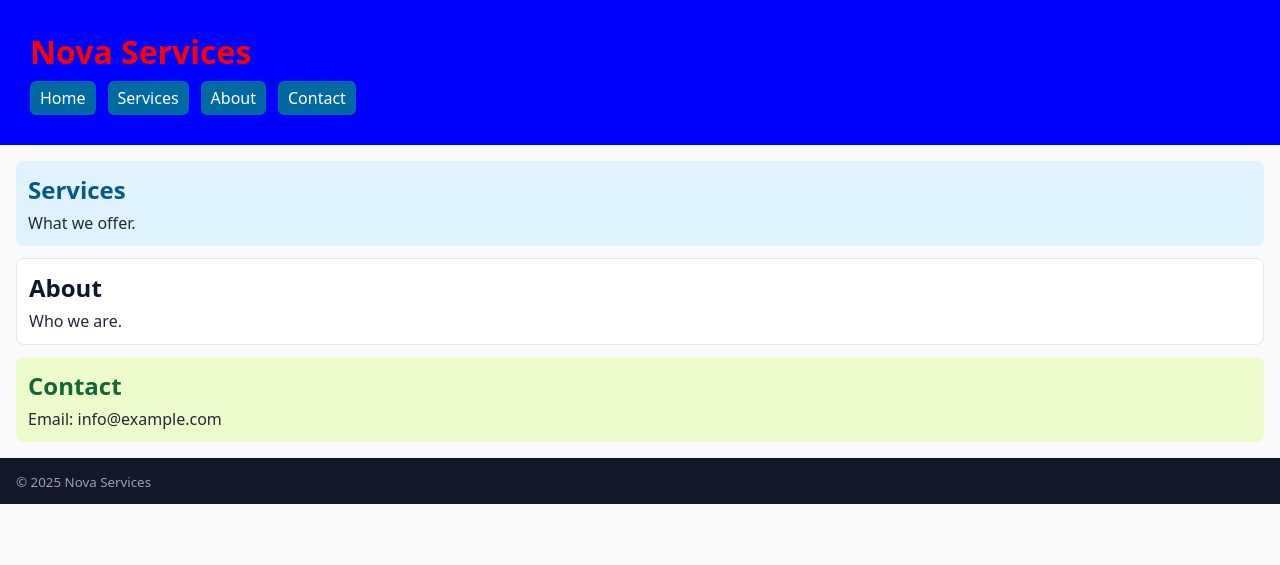
Repository: bbazimya/Nova-services
Page: index.html
The author's editor kept a copy of each file at every save. The page is drawn from the files as they stood at one save, then again after the next save.
The browser window is 1280 px wide. The pictures show the whole page.

Above is the page before, as saved 2025-09-10 13:05:42.

After the next save:
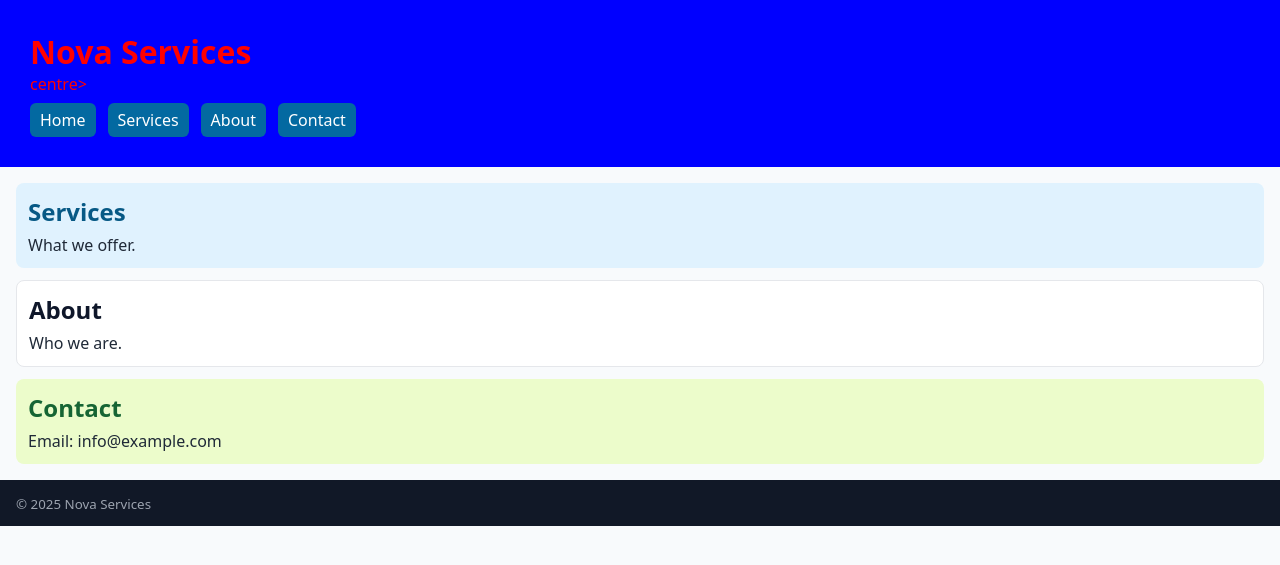
Saved 6 s later.
--- a/index.html
+++ b/index.html
@@ -8,7 +8,7 @@
 </head>
 <body>
   <header>
-    <h1><centre>Nova Services<centre></h1>
+    <h1><centre>Nova Services</h1>centre></h1>
     <nav>
       <a href="#home">Home</a>
       <a href="#services">Services</a>
